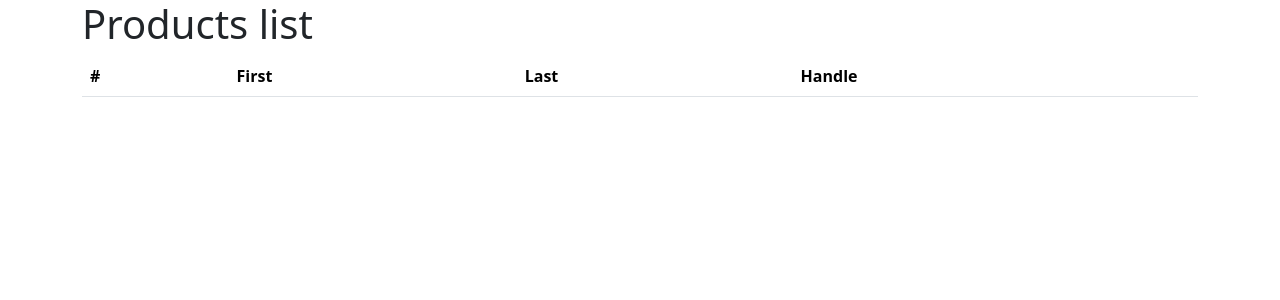
Repository: raigorx/CRUD-Laravel-Example
Page: http://localhost/products
The author's editor kept a copy of each file at every save. The page is drawn from the files as they stood at one save, then again after the next save.
The browser window is 1280 px wide. The pictures show the whole page.
The page is served by the project's Laravel application, run on PHP 8.4 with Laravel 12. Other server files are loaded and not shown. Queries for data that is not in the repository find no rows.

Above is the page before, as saved 2024-11-10 06:23:48.

### routes/web.php
<?php

use App\Http\Controllers\ProductController;
use Illuminate\Support\Facades\Route;

Route::get('/', function () {
    return view('welcome');
});

Route::get('/products', [ProductController::class, 'index'])->name('products.index');

### app/Http/Controllers/ProductController.php
<?php

namespace App\Http\Controllers;

use App\Models\Product;
use Illuminate\Http\Request;

class ProductController extends Controller
{
    /**
     * Display a listing of the resource.
     */
    public function index()
    {
        $products = Product::all();
        return view('products.index', compact('products'));
    }

    /**
     * Show the form for creating a new resource.
     */
    public function create()
    {
        //
    }

    /**
     * Store a newly created resource in storage.
     */
    public function store(Request $request)
    {
        //
    }

    /**
     * Display the specified resource.
     */
    public function show(string $id)
    {
        //
    }

    /**
     * Show the form for editing the specified resource.
     */
    public function edit(string $id)
    {
        //
    }

    /**
     * Update the specified resource in storage.
     */
    public function update(Request $request, string $id)
    {
        //
    }

    /**
     * Remove the specified resource from storage.
     */
    public function destroy(string $id)
    {
        //
    }
}

### resources/views/products/index.blade.php
@extends('layout.app')

@section('title', 'Products list')

@section('content')
<div class="container">
  <h1>Products list</h1>
  <table class="table">
    <thead>
      <tr>
        <th scope="col">#</th>
        <th scope="col">First</th>
        <th scope="col">Last</th>
        <th scope="col">Handle</th>
      </tr>
    </thead>
    <tbody>
      @foreach($products as $product)

      <tr>
        <th scope="row">1</th>
        <td>Mark</td>
        <td>Otto</td>
        <td>@mdo</td>
      </tr>

      @endforeach
    </tbody>
  </table>
</div>

@endsection

### resources/views/layout/app.blade.php
<!doctype html>
<html lang="en">

<head>
  <meta charset="utf-8">
  <meta name="viewport" content="width=device-width, initial-scale=1">
  <title>@yield('title')</title>
  <link href="https://cdn.jsdelivr.net/npm/bootstrap@5.3.3/dist/css/bootstrap.min.css" rel="stylesheet"
    integrity="sha384-QWTKZyjpPEjISv5WaRU9OFeRpok6YctnYmDr5pNlyT2bRjXh0JMhjY6hW+ALEwIH" crossorigin="anonymous">
</head>

<body>
  @yield('content')
  <!-- <h1>Hello, world!</h1> -->
  <script src="https://cdn.jsdelivr.net/npm/bootstrap@5.3.3/dist/js/bootstrap.bundle.min.js"
    integrity="sha384-YvpcrYf0tY3lHB60NNkmXc5s9fDVZLESaAA55NDzOxhy9GkcIdslK1eN7N6jIeHz" crossorigin="anonymous">
  </script>
</body>

</html>

Loaded but not shown: app/Http/Controllers/Controller.php (common file); app/Models/Product.php (common file)

After the next save:
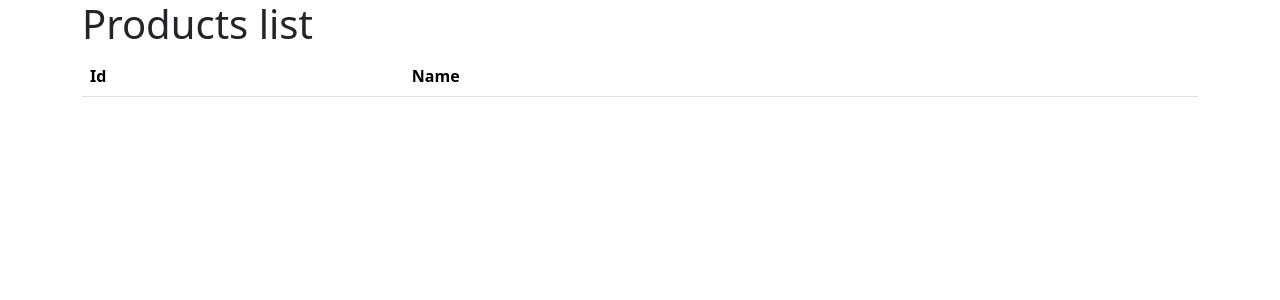
Saved 6 min 31 s later.
--- a/resources/views/products/index.blade.php
+++ b/resources/views/products/index.blade.php
@@ -8,20 +8,28 @@
   <table class="table">
     <thead>
       <tr>
-        <th scope="col">#</th>
-        <th scope="col">First</th>
-        <th scope="col">Last</th>
-        <th scope="col">Handle</th>
+        <th scope="col">Id</th>
+        <th scope="col">Name</th>
+        <th scope="col"></th>
       </tr>
     </thead>
     <tbody>
       @foreach($products as $product)
 
       <tr>
-        <th scope="row">1</th>
-        <td>Mark</td>
-        <td>Otto</td>
-        <td>@mdo</td>
+        <th scope="row">
+          {{$product->id}}
+        </th>
+        <td>{{$product->name}}</td>
+        <td>
+          <a href="{{route('products.show', $product->id)}}" class="btn btn-primary">Show</a>
+          <a href="{{route('products.edit', $product->id)}}" class="btn btn-primary">Edit</a>
+          <form action="{{route('products.destroy', $product->id)}}" method="post">
+            @csrf
+            @method('DELETE')
+            <button type="submit" class="btn btn-danger">Delete</button>
+          </form>
+        </td>
       </tr>
 
       @endforeach
